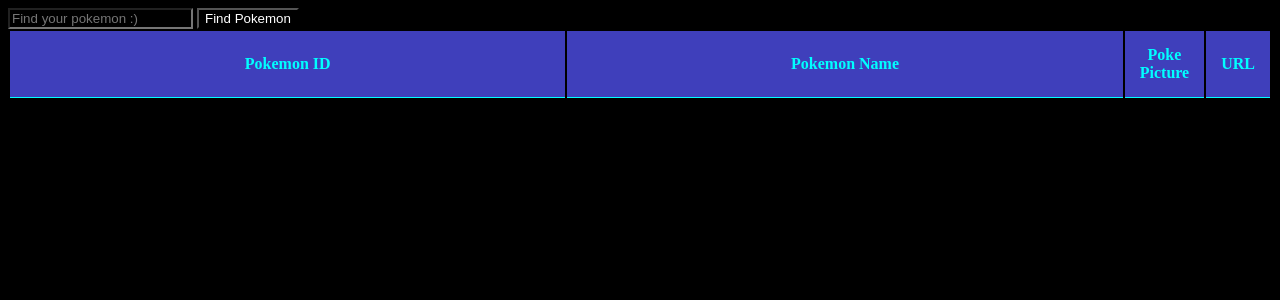
Repository: Magiciaan/pokeapi2
Page: pokemon.html
The author's editor kept a copy of each file at every save. The page is drawn from the files as they stood at one save, then again after the next save.
The browser window is 1280 px wide. The pictures show the whole page.

Above is the page before, as saved 2023-01-02 21:33:17.

After the next save:
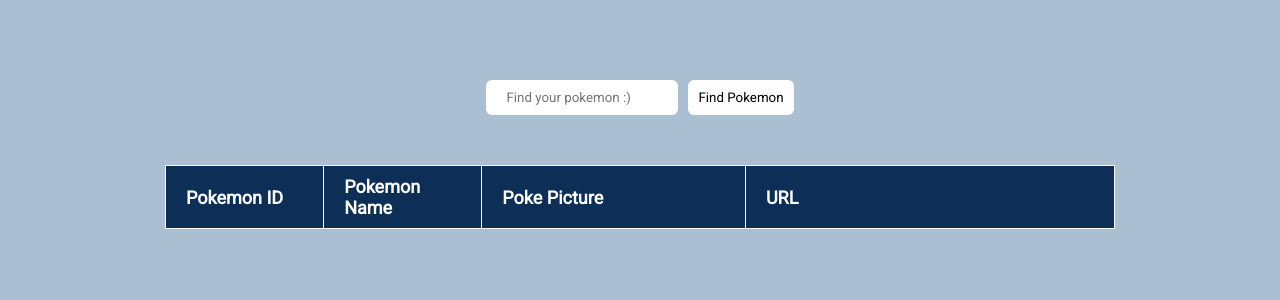
Saved 105 min 49 s later.
--- a/pokemon.css
+++ b/pokemon.css
@@ -1,39 +1,69 @@
+@import url("https://fonts.googleapis.com/css2?family=Roboto&display=swap");
+
 * {
-    box-sizing: border-box;
-    position: relative;
-    background-color: black;
-    color: white
+  box-sizing: border-box;
+  margin: 0;
+  padding: 0;
+  font-family: "Roboto", sans-serif;
 }
-/* body{
-    background-image: url(./../Node/img/pokemon.jpg);
-} */
-.wrapper {
-    overflow: hidden;
-    display: flex;
-    flex-direction: column;
-    width: 100%;
-    align-items: center;
-    margin-top: 3em;
+
+body {
+  background: #abbfd3;
+  /* color: #f9ae40; */
 }
-.SearchBar {
-    display: flex;
-    justify-content: center;
-    width: 100%;
-    border-color: brown;
-    transition: width 0.2s ease-in-out;
+
+table {
+  width: 950px;
+  border-collapse: collapse;
+  margin: 50px auto;
 }
-.table_div, th{
-    padding: 15px;
-    text-align: center;
-    width: 50%;
-    background-color: rgb(63, 63, 187);
-    text-align: center;
-    border-bottom: 1px solid;
-    color:aqua
+
+/* Zebra striping */
+tr:nth-child(odd) {
+  background: #fdfdfd;
 }
-tr{
-    text-align: center;
-    color : rebeccapurple;
-    background-color: rgb(150, 202, 46);
-    width: 100%;
+
+th {
+  background: #0c2e57;
+  color: white;
+  font-weight: bold;
 }
+
+td,
+th {
+  padding: 10px 20px;
+  border: 1px solid #fafafa;
+  text-align: left;
+  font-size: 18px;
+}
+
+.container {
+  margin: 0 auto;
+  padding: 80px 20px;
+}
+
+.searchBar {
+  display: flex;
+  justify-content: center;
+  gap: 10px;
+}
+
+.searchBar input {
+  padding: 10px 20px;
+  outline: none;
+  border: none;
+  border-radius: 6px;
+}
+
+.searchBar button {
+  border: none;
+  background: #fdfdfd;
+  border-radius: 6px;
+  padding: 5px 10px;
+  cursor: pointer;
+}
+
+.searchBar button:hover {
+  transition: all ease-in 0.2s;
+  background: #e9e9e9;
+}
